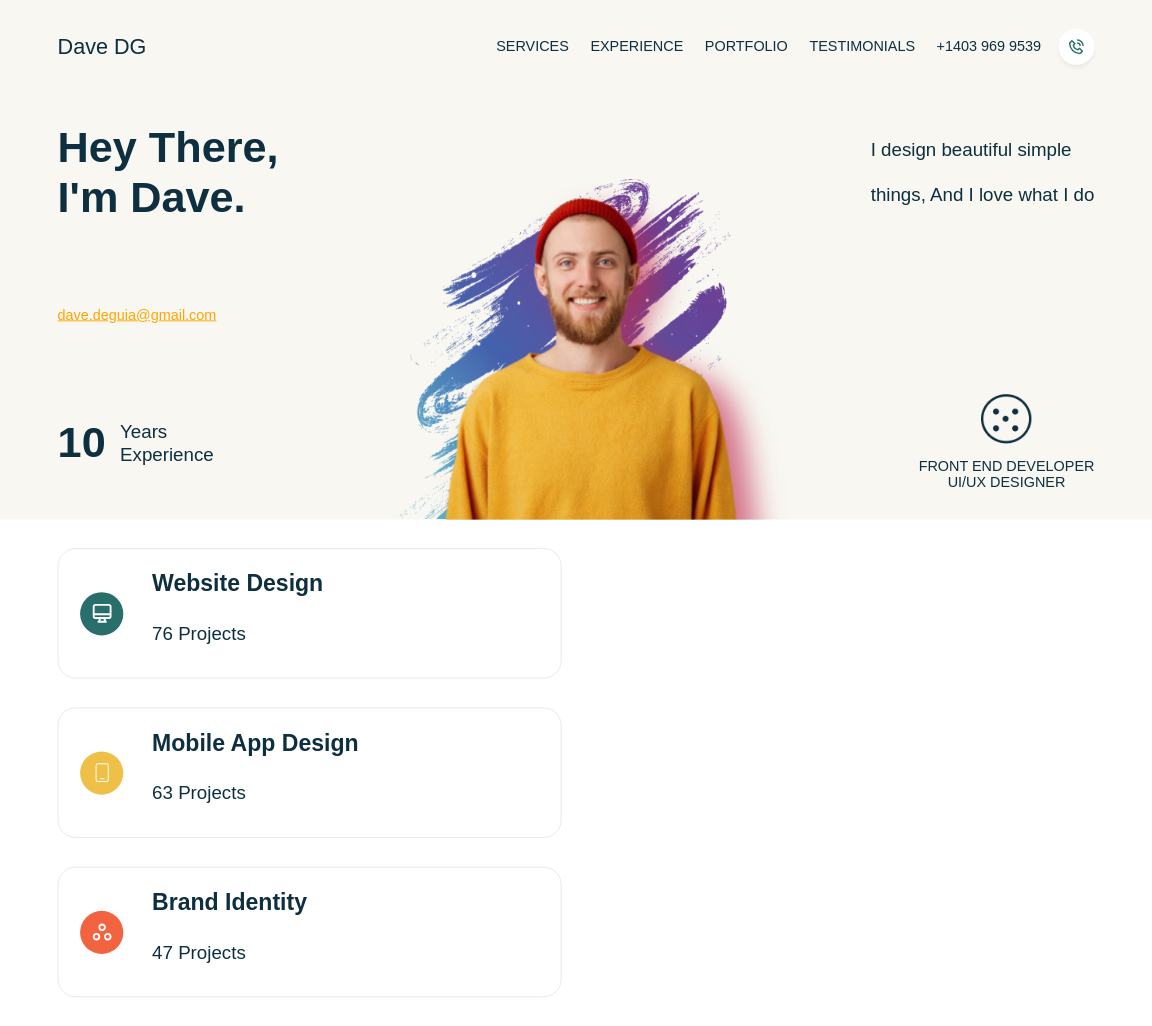
Repository: davedeguia/framer-motion-portfolio
Page: /
These files come from the project's save history. The page is drawn as it stood at one moment and after the next save; the edit follows.
The browser window is 1280 px wide. The pictures show the whole page, at 90% of full size.
Some web fonts or font styles are not loaded; a fallback is used. The project was rebuilt for these pictures with package versions that can differ from the ones it lists, and the page was loaded fresh each time. Also part of the build but not shown: vite.config.js.

Above is the page before, as saved 2023-02-10 05:28:47.

### index.html
<!DOCTYPE html>
<html lang="en">
  <head>
    <meta charset="UTF-8" />
    <link rel="icon" type="image/svg+xml" href="/vite.svg" />
    <meta name="viewport" content="width=device-width, initial-scale=1.0" />
    <link rel="stylesheet" href="https://stijndv.com/fonts/Eudoxus-Sans.css" />
      <title>Dave DG</title>
  </head>
  <body>
    <div id="root"></div>
    <script type="module" src="/src/main.jsx"></script>
  </body>
</html>

### src/main.jsx
import React from 'react'
import ReactDOM from 'react-dom/client'
import App from './App'
import './styles/index.css'
import './styles/global.scss'

ReactDOM.createRoot(document.getElementById('root')).render(
  <React.StrictMode>
    <App />
  </React.StrictMode>
)

### src/App.jsx
import Experties from './components/Experties/Experties'
import Header from './components/Header/Header'
import Hero from './components/hero/Hero'
import css from './styles/app.module.scss'

const App = () => {
  return (
    <div className={`bg-primary ${css.container}`}>
      <Header />
      <Hero />
      <Experties />
    </div>
  )
}

export default App

### src/styles/index.css
* {
    margin: 0;
    padding: 0;
    box-sizing: border-box;
    scroll-behavior: smooth;
    font-family: "Eudoxus Sans", sans-serif;
  }

### src/styles/global.scss
@import './constants.scss';

.bg-primary {
  background: #F8F7F1;
}

.innerWidth {
  @media (min-width: $xxl) {
    max-width: 1280px;
    margin: auto;
  }

  width: 100%;
}

.paddings {
  @media (min-width: $sm) {
    padding: 4rem;
  }


  @media (min-width: $xl),
  (min-width: $md) {
    padding-top: 2rem;
    padding-bottom: 2rem;
  }

  padding-left: 1.5rem;
  padding-right: 1.5rem;
  padding-top: 1.5rem;
  padding-bottom: 1.5rem;
}



.xPaddings {
  @media (min-width: $sm) {
    padding-left: 4rem;
    padding-right: 4rem;
  }

  padding-left: 1.5rem;
  /* 24px */
  padding-right: 1.5rem;
  /* 24px */
}

.yPaddings {
  @media (min-width: $sm) {
    padding-top: 4rem;
    padding-bottom: 4rem;
  }

  @media (min-width: $xl) {
    padding-top: 2rem;
    padding-bottom: 2rem;
  }

  padding-top: 3rem;
  padding-bottom: 3rem;
}

.topPaddings {
  @media (min-width : $sm) {
    padding-top: 4rem;
  }

  @media (min-width: $xl) {
    padding-top: 2rem;
  }

  padding-top: 3rem;
}


.bottomPaddings {
  @media (min-width : $sm) {
    padding-bottom: 4rem;
  }

  @media (min-width: $xl) {
    padding-bottom: 2rem;
  }

  padding-bottom: 3rem;
}


.flexCenter {
  display: flex;
  justify-content: center;
  align-items: center;
}

.flexStart {
  display: flex;
  justify-content: start;
  align-items: center;
}

.flexEnd {
  display: flex;
  justify-items: end;
}

.primaryText {
  @media (max-width: $sm) {
    font-size: 2.5rem;
  }
  font-size: 3rem;
  font-weight: bold;
}

.secondaryText {
  @media (max-width: $sm) {
    font-size: 1.1rem;
    line-height: 40px;
  }
  line-height: 50px;
  font-size: 1.3rem;
  font-weight: 500
}
.anchor {
  display: block;
  position: relative;
  top: -100px;
  visibility: hidden;
}

### src/components/Experties/Experties.jsx
import React from 'react'
import css from './Experties.module.scss'
import { projectExperience } from '../../utils/data'

const Experties = () => {
  return (
    <section className={css.wrapper}>
      <div
        className={`paddings yPaddings flexCenter innerWidth ${css.container}`}
      >
        <div className={css.leftSide}>
          {projectExperience.map((exp, i) => {
            return (
              <div className={css.exp} key={i}>
                <div className='flexCenter' style={{ background: exp.bg }}>
                  <exp.icon size={25} color='white' />
                </div>

                <div>
                  <span>{exp.name}</span>
                  <span className='secondaryText'>{exp.projects} Projects</span>
                </div>
              </div>
            )
          })}
        </div>
        <div className={css.rightSide}></div>
      </div>
    </section>
  )
}

export default Experties

### src/components/Header/Header.jsx
import React, { useState } from 'react'
import css from './Header.module.scss'
import { BiMenuAltRight, BiPhoneCall } from 'react-icons/bi'
import { motion } from 'framer-motion'
import { getMenuStyles, headerVariants } from '../../utils/motion'
import useHeaderShadow from '../../hooks/useHeaderShadow'

const Header = () => {
  const [menuOpened, setMenuOpened] = useState(false)
  const headerShadow = useHeaderShadow()
  return (
    <motion.div
      initial='hidden'
      whileInView='show'
      variants={headerVariants}
      viewport={{ once: false, amount: 0.25 }}
      className={`paddings ${css.wrapper}`}
      style={{ boxShadow: headerShadow }}
    >
      <div className={`flexCenter innerWidth ${css.container}`}>
        <div className={css.name}>Dave DG</div>
        <ul
          style={getMenuStyles(menuOpened)}
          className={`flexCenter ${css.menu}`}
        >
          <li>
            <a href=''>Services</a>
          </li>

          <li>
            <a href=''>Experience</a>
          </li>

          <li>
            <a href=''>Portfolio</a>
          </li>

          <li>
            <a href=''>Testimonials</a>
          </li>

          <li className={`flexCenter ${css.phone}`}>
            <p>+1403 969 9539</p>
            <BiPhoneCall size={'40px'} />
          </li>
        </ul>
        {/* for medium and small screens */}
        <div
          className={css.menuIcon}
          onClick={() => setMenuOpened((prev) => !prev)}
        >
          <BiMenuAltRight size={30} />
        </div>
      </div>
    </motion.div>
  )
}

export default Header

### src/components/hero/Hero.jsx
import React from 'react'
import css from './Hero.module.scss'
import { motion } from 'framer-motion'
import { fadeIn, slideIn, staggerContainer } from '../../utils/motion'

const Hero = () => {
  return (
    <section className={`paddings ${css.wrapper}`}>
      <motion.div
        variants={staggerContainer}
        initial='hidden'
        whileInView='show'
        viewport={{ once: false, amount: 0.25 }}
        className={`innerWidth ${css.container}`}
      >
        {/* upper elements */}
        <div className={css.upperElements}>
          <motion.span
            variants={fadeIn('right', 'tween', 0.2, 1)}
            className='primaryText'
          >
            Hey There, <br /> I'm Dave.
          </motion.span>
          <motion.span
            variants={fadeIn('left', 'tween', 0.4, 1)}
            className='secondaryText'
          >
            I design beautiful simple <br /> things, And I love what I do
          </motion.span>
        </div>

        {/* person image */}
        <motion.div
          variants={fadeIn('up', 'tween', 0.3, 1)}
          className={css.person}
        >
          <motion.img
            variants={slideIn('up', 'tween', 0.5, 1.3)}
            src='./person.png'
            alt=''
          />
        </motion.div>

        {/* email */}
        <a className={css.email} href='mailto:dave.deguia@gmail.com'>
          dave.deguia@gmail.com
        </a>

        {/* lower elements */}
        <div className={css.lowerElements}>
          <div className={css.experience}>
            <div className='primaryText'>10</div>
            <div className='secondaryText'>
              <div>Years</div>
              <div>Experience</div>
            </div>
          </div>
          <div className={css.certificate}>
            <img src='./certificate.png' alt='' />
            <span>FRONT END DEVELOPER</span>
            <span>UI/UX DESIGNER</span>
          </div>
        </div>
      </motion.div>
    </section>
  )
}

export default Hero

### src/styles/app.module.scss
@import './constants.scss';

.container{
    overflow-x: clip;
    position: relative;
    color: $primary;

}

### src/components/Experties/Experties.module.scss
@import './../../styles/constants.scss';

.wrapper {
    background: white;

    .container {
        align-items: flex-start;
        gap: 2rem;
        flex-wrap: wrap;
        >div {
            flex: 1;
        }

        .leftSide {
            display: flex;
            flex-direction: column;
            gap: 2rem;

            .exp {
                display: flex;
                align-items: center;
                border: 1px solid $secondary-white;
                border-radius: 20px;
                padding: 1.5rem;
                gap: 2rem;
                transition: all 200ms ease-out;

                &hover {
                    cursor: pointer;
                    box-shadow: 0px 21px 13px rgba(0, 0, 0, 0.04);
                }

                //icon circles
                >:nth-child(1) {
                    padding: 10px;
                    width: 3rem;
                    height: 3rem;
                    border-radius: 999px;
                }

                //description
                >:nth-child(2) {
                    display: flex;
                    flex-direction: column;
                    gap: 1rem;

                    >:nth-child(1) {
                        font-size: 1.6rem;
                        font-weight: bold;
                    }
                }

            }
        }
    }
}

### src/utils/data.js
import { HiOutlineDesktopComputer } from "react-icons/hi";
import { CiMobile1 } from "react-icons/ci";
import { MdWorkspacesOutline } from "react-icons/md";
export const projectExperience = [
  {
    name: "Website Design",
    projects: 76,
    icon: HiOutlineDesktopComputer,
    bg: "#286F6C",
  },
  {
    name: "Mobile App Design",
    projects: 63,
    icon: CiMobile1,
    bg: "#EEC048",
  },
  {
    name: "Brand Identity",
    projects: 47,
    icon: MdWorkspacesOutline,
    bg: "#F26440",
  },
];

export const WhatDoIHelp = [
  "I will help you with finging a solution and solve your problem, We use process design to create digital products. Besides that also help their business.",
  "We use process design to create digital products. Besides that also help their business",
];

export const workExp = [
  {
    place: "Self-Employed, Brisbane",
    tenure: "Aug 2014 - Sep 2016",
    role: "Visual Designer",
    detail:
      "A visual desginer dsesign for a variety of platoforms, may include internet and internet sites, games, movies, kioasks and wearbies. In short, they create the concepts",
  },
  {
    place: "New Man Services",
    tenure: "Aug 2014 - Sep 2016",
    role: "UI/UX Designer",
    detail:
      "A visual desginer dsesign for a variety of platoforms, may include internet and internet sites, games, movies, kioasks and wearbies. In short, they create the concepts",
  },
  {
    place: "Global Solution",
    tenure: "Aug 2014 - Sep 2016",
    role: "Sr. Product Designer",
    detail:
      "A visual desginer dsesign for a variety of platoforms, may include internet and internet sites, games, movies, kioasks and wearbies. In short, they create the concepts",
  },
];

export const comments = [
  {
    name: "Anamika Sandula",
    post: "Creative Manager",
    comment:
      "Letraset sheets containing Lorem Ipsum passages, and more recently with desktop publishing software like Aldus PageMaker including versions of Lorem Ipsum.",
    img: "./people2.png",
  },
  {
    name: "Anamika Sandula",
    post: "Creative Manager",
    comment:
      "Letraset sheets containing Lorem Ipsum passages, and more recently with desktop publishing software like Aldus PageMaker including versions of Lorem Ipsum.",
    img: "./people1.png",
  },
  {
    name: "Anamika Sandula",
    post: "Creative Manager",
    comment:
      "Letraset sheets containing Lorem Ipsum passages, and more recently with desktop publishing software like Aldus PageMaker including versions of Lorem Ipsum.",
    img: "./people2.png",
  },
  {
    name: "Anamika Sandula",
    post: "Creative Manager",
    comment:
      "Letraset sheets containing Lorem Ipsum passages, and more recently with desktop publishing software like Aldus PageMaker including versions of Lorem Ipsum.",
    img: "./people1.png",
  },
  {
    name: "Anamika Sandula",
    post: "Creative Manager",
    comment:
      "Letraset sheets containing Lorem Ipsum passages, and more recently with desktop publishing software like Aldus PageMaker including versions of Lorem Ipsum.",
    img: "./people2.png",
  },
  {
    name: "Anamika Sandula",
    post: "Creative Manager",
    comment:
      "Letraset sheets containing Lorem Ipsum passages, and more recently with desktop publishing software like Aldus PageMaker including versions of Lorem Ipsum.",
    img: "./people1.png",
  },
  {
    name: "Anamika Sandula",
    post: "Creative Manager",
    comment:
      "Letraset sheets containing Lorem Ipsum passages, and more recently with desktop publishing software like Aldus PageMaker including versions of Lorem Ipsum.",
    img: "./people2.png",
  },
  {
    name: "Anamika Sandula",
    post: "Creative Manager",
    comment:
      "Letraset sheets containing Lorem Ipsum passages, and more recently with desktop publishing software like Aldus PageMaker including versions of Lorem Ipsum.",
    img: "./people1.png",
  },
  {
    name: "Anamika Sandula",
    post: "Creative Manager",
    comment:
      "Letraset sheets containing Lorem Ipsum passages, and more recently with desktop publishing software like Aldus PageMaker including versions of Lorem Ipsum.",
    img: "./people2.png",
  },
];

export const sliderSettings = {
  dots: true,
  infinite: false,
  speed: 1000,
  slidesToShow: 3,
  slidesToScroll: 1,
  initialSlide: 0,
  touchMove: true,
  useCSS: true,

  responsive: [
    {
      breakpoint: 1024,
      settings: {
        slidesToShow: 3,
        slidesToScroll: 3,
        infinite: true,
        dots: true,
      },
    },
    {
      breakpoint: 1000,
      settings: {
        slidesToShow: 2,
        slidesToScroll: 2,
        initialSlide: 2,
      },
    },
    {
      breakpoint: 480,
      settings: {
        slidesToShow: 1,
        slidesToScroll: 1,
      },
    },
  ],
};

### src/components/Header/Header.module.scss
@import './../../styles/constants.scss';

.wrapper {
    position: relative;
    z-index: 99;
    opacity: 1;
    transform: none;
    position: sticky;
    top: 0px;
    transition: all 300ms ease;

    .container {
        position: relative;
        justify-content: space-between;
        font-weight: 500;

        .name {
            font-size: 1.5rem;
            font-weight: 500;
        }

        .menu {

            @media (max-width: $sm),
            (max-width: $md) {
                position: absolute;
                list-style: none;
                gap: 2rem;
                font-weight: 500;
                flex-direction: column;
                right: 0;
                top: 3rem;
                height: calc(100vh - 6.3rem);
                width: 50%;
                min-width: 15rem;
                background: white;
                padding: 2rem;
                display: flex;
                border-radius: 10px;
                transition: all 200ms ease;
                align-items: flex-start;
                padding: 3rem;
                justify-content: flex-start;
                box-shadow: 0px 4px 4px rgba(0, 0, 0, 0.05);
            }

            text-transform: uppercase;
            font-size: 1rem;
            list-style: none;
            gap: 1.5rem;
            cursor: pointer;

            li {
                a {
                    color: inherit;
                    text-decoration: none;
                }

                &:hover {
                    color: $secondary;
                }
            }

            .phone {
                gap: 1.2rem;
                flex-wrap: wrap;

                svg {
                    color: $secondary;
                    background-color: white;
                    padding: 10px;
                    border-radius: 999px;
                    box-shadow: 0px 4px 4px rgba(0, 0, 0, 0.05);
                }
            }
        }



        .menuIcon {

            @media (max-width: $sm),
            (max-width: $md) {
                display: block;
            }

            display: none;
        }
    }
}

### src/utils/motion.js
export const headerVariants = {
  hidden: {
    opacity: 0,
    y: -50,
    transition: {
      type: 'spring',
      stiffness: 300,
      damping: 140,
    },
  },
  show: {
    opacity: 1,
    y: 0,
    transition: {
      type: 'spring',
      stiffness: 80,
      delay: 1,
    },
  },
}

export const slideIn = (direction, type, delay, duration) => ({
  hidden: {
    x: direction === 'left' ? '-100%' : direction === 'right' ? '100%' : 0,
    y: direction === 'up' ? '100%' : direction === 'down' ? '100%' : 0,
  },
  show: {
    x: 0,
    y: 0,
    transition: {
      type,
      delay,
      duration,
      ease: 'easeOut',
    },
  },
})

export const staggerContainer = (staggerChildren, delayChildren) => ({
  hidden: {},
  show: {
    transition: {
      staggerChildren,
      delayChildren,
    },
  },
})

export const textVariant = (delay) => ({
  hidden: {
    y: 50,
    opacity: 0,
  },
  show: {
    y: 0,
    opacity: 1,
    transition: {
      type: 'spring',
      duration: 1.25,
      delay,
    },
  },
})

export const textVariant2 = {
  hidden: {
    opacity: 0,
    y: 20,
  },
  show: {
    opacity: 1,
    y: 0,
    transition: {
      type: 'tween',
      ease: 'easeIn',
    },
  },
}

export const fadeIn = (direction, type, delay, duration) => ({
  hidden: {
    x: direction === 'left' ? 100 : direction === 'right' ? -100 : 0,
    y: direction === 'up' ? 100 : direction === 'down' ? -100 : 0,
    opacity: 0,
  },
  show: {
    x: 0,
    y: 0,
    opacity: 1,
    transition: {
      type,
      delay,
      duration,
      ease: 'easeOut',
    },
  },
})

export const zoomIn = (delay, duration) => ({
  hidden: {
    scale: 0,
    opacity: 0,
  },
  show: {
    scale: 1,
    opacity: 1,
    transition: {
      type: 'tween',
      delay,
      duration,
      ease: 'easeOut',
    },
  },
})

export const footerVariants = {
  hidden: {
    opacity: 0,
    y: 50,
    transition: {
      type: 'spring',
      stiffness: 300,
      damping: 140,
    },
  },
  show: {
    opacity: 1,
    y: 0,
    transition: {
      type: 'spring',
      stiffness: 80,
      delay: 0.5,
    },
  },
}

export const staggerChildren = {
  hidden: { opacity: 0 },
  show: {
    opacity: 1,
    transition: {
      staggerChildren: 0.5,
    },
  },
}

export const getMenuStyles = (menuOpened) => {
  if (document.documentElement.clientWidth <= 640) {
    return { right: !menuOpened && '-100%' }
  }
}

### src/components/hero/Hero.module.scss
@import './../../styles/constants.scss';

.wrapper {
    overflow: hidden;

    .container {
        position: relative;
        z-index: 1;

        .upperElements {
            @media (max-width: $sm) {
                justify-content: center;
                text-align: center;
                gap: 2rem;
            }
            display: flex;
            align-items: center;
            justify-content: space-between;
            flex-wrap: wrap;
        }

        .lowerElements {
            @media (max-width: $sm), (max-width: $md) {
                margin-top: 4rem;
                gap: 2rem;
                justify-content: center;
            }
            margin-top: 12rem;
            display: flex;
            flex-wrap: wrap;
            justify-content: space-between;

            .experience {
                display: flex;
                align-items: center;
                gap: 1rem;

                >:nth-child(2) {
                    line-height: 25px;
                }
            }

            .certificate {
                display: flex;
                flex-direction: column;
                align-items: center;

                img {
                    margin-bottom: 1rem;
                    width: 3.5rem;
                }
            }
        }

        .person {
            @media (max-width: $sm), (max-width: $md) {
                position: relative;
                left: 0;
                background-size: 20rem;
                display: flex;
                align-items: center;
                justify-content: center;
                background-position: bottom;
            }
            position: absolute;
            bottom: -2rem;
            margin: auto;
            background-image: url('../splash.png');
            background-repeat: no-repeat;
            background-size: 23rem;
            left: 33%;

            img {
                @media (max-width: $sm) {
                    width: 23rem;
                }
                margin-bottom: -5px;
            }
        }

        .email {
            @media (max-width: $sm) {
                position: relative;
                display: none;
            }
            position: absolute;
            top: 50%;
            color: orange;
            left: 0;
        }
    }
}

Loaded but not shown: src/styles/constants.scss (common file); src/hooks/useHeaderShadow.jsx (common file)

After the next save:
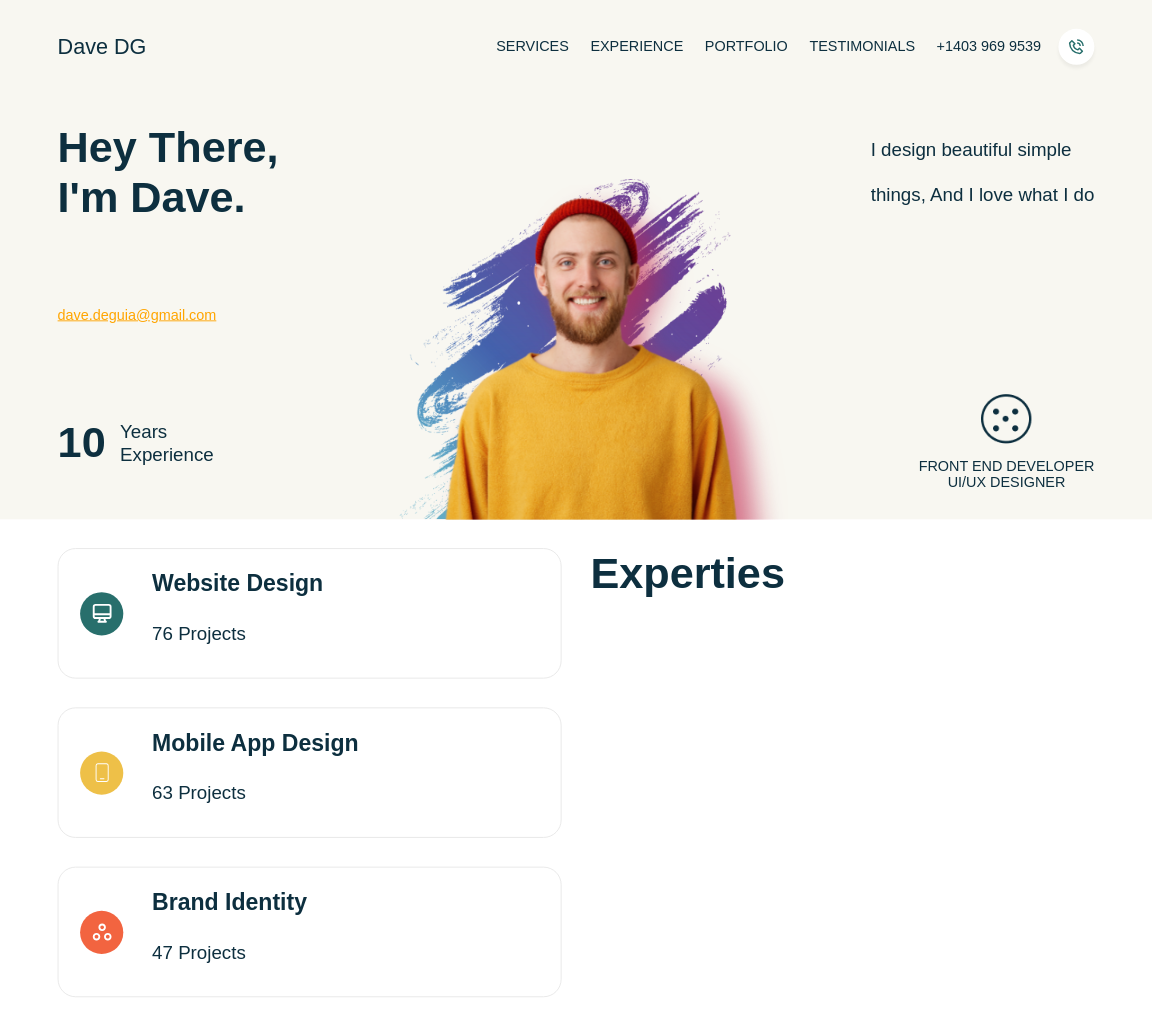
Saved 10 h 18 min later.
--- a/src/components/Experties/Experties.jsx
+++ b/src/components/Experties/Experties.jsx
@@ -24,7 +24,9 @@ const Experties = () => {
             )
           })}
         </div>
-        <div className={css.rightSide}></div>
+        <div className={css.rightSide}>
+          <span className='primaryText'>Experties</span>
+        </div>
       </div>
     </section>
   )
